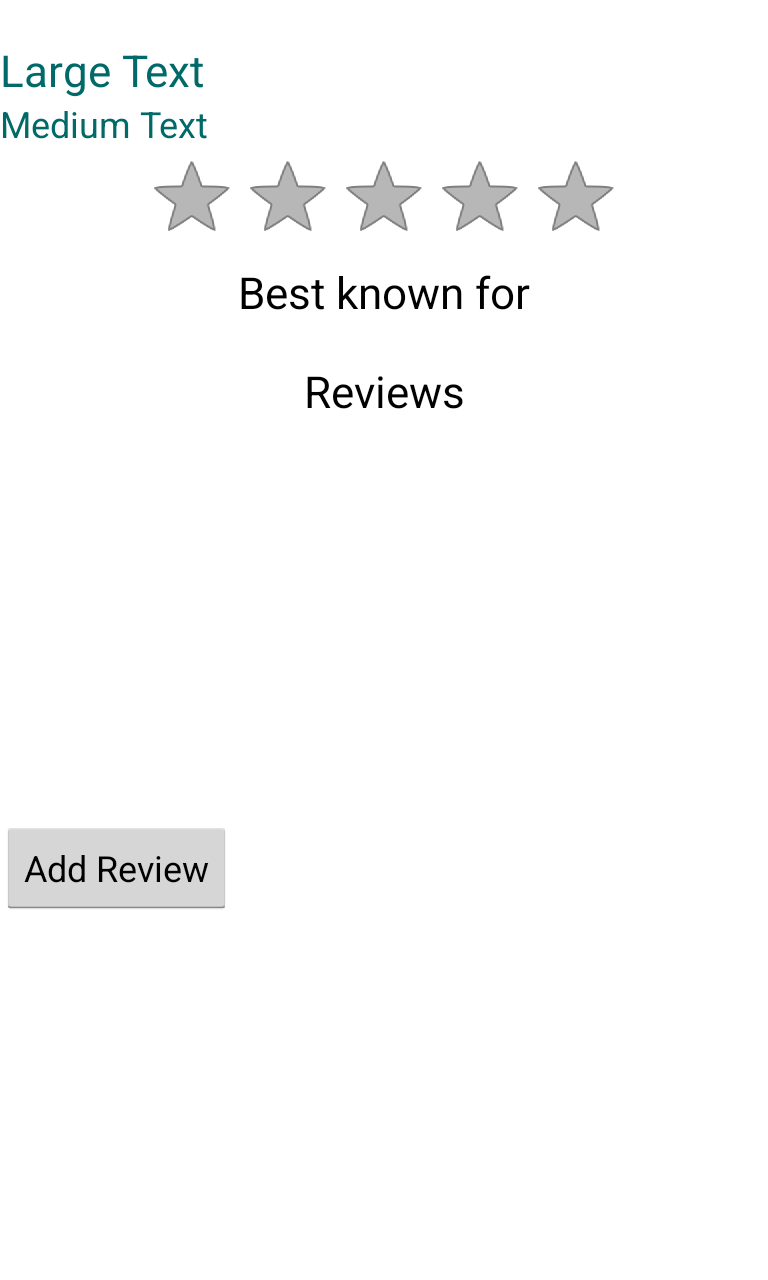
Repository: yash256/atnt
Layout: WNY Farm Fresh/res/layout/market_details.xml
An editor plug-in stored every save of this project. The layout is shown before and after the next save, followed by the edit.
It is drawn on a 768 x 1280 px phone screen (xhdpi) without system bars, with theme AppTheme; the app's code is not run. Lists and similar views that code fills are empty.

Above is the layout before, as saved 2014-11-11 01:30:43.

After the next save:
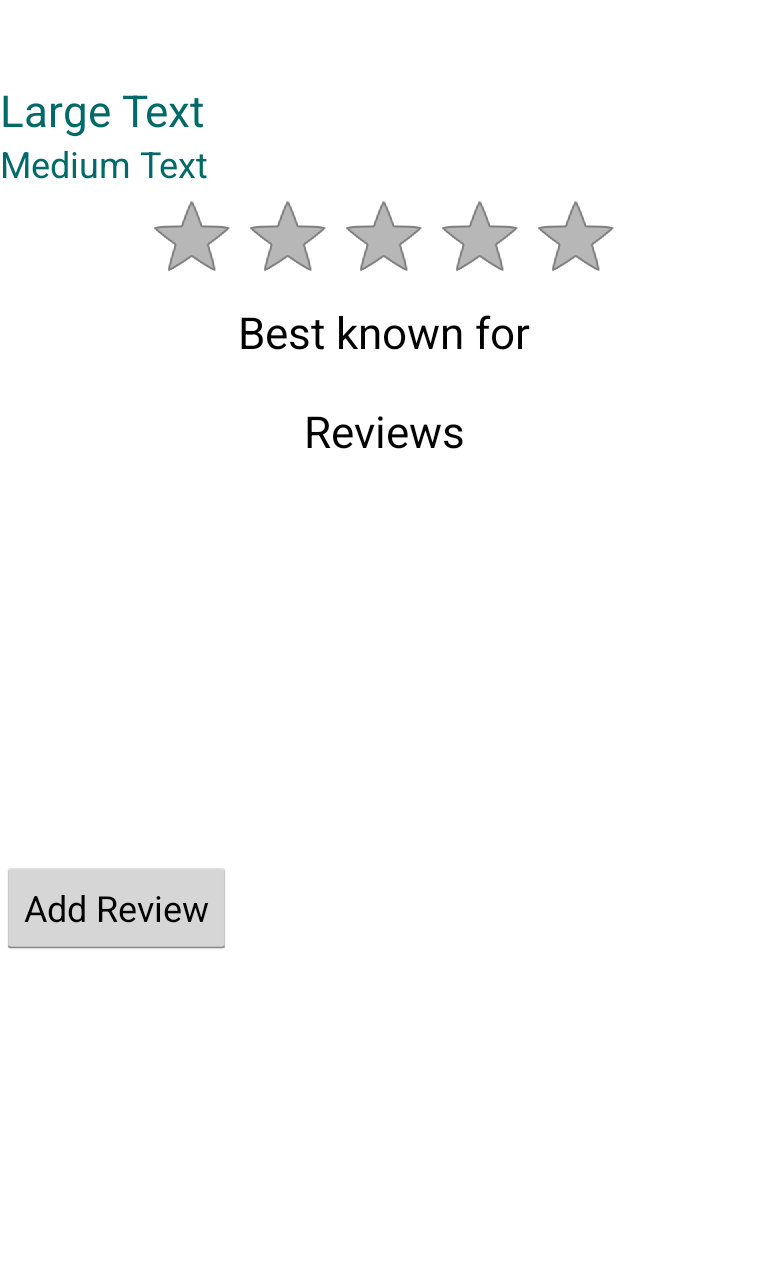
Saved 31 s later.
--- a/WNY Farm Fresh/res/layout/market_details.xml
+++ b/WNY Farm Fresh/res/layout/market_details.xml
@@ -13,7 +13,7 @@
     android:orientation="horizontal" >
 
     <Space
-        android:layout_height="20dp"
+        android:layout_height="40dp"
         android:layout_columnSpan="8" />
 
     <TextView
